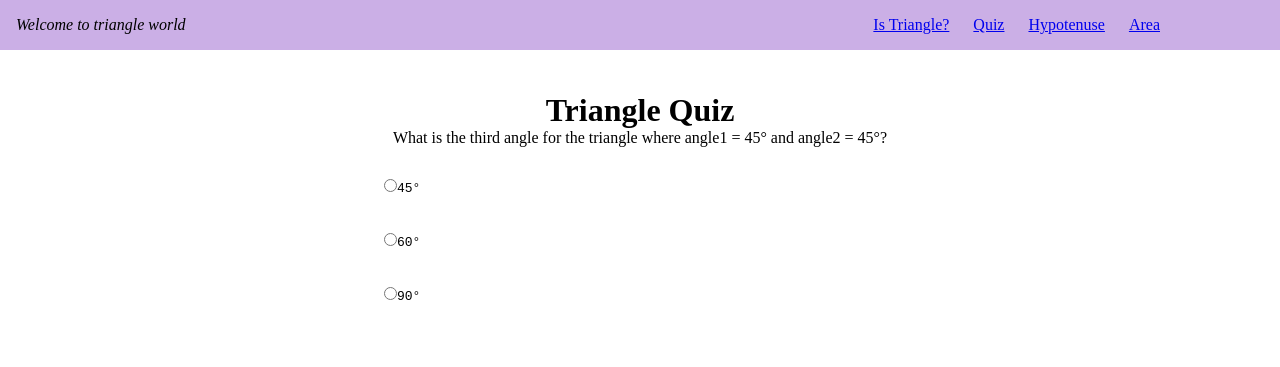
Repository: patelamancode/Fun-with-trianles
Page: quiz.html
These files come from the project's save history. The page is drawn as it stood at one moment and after the next save; the edit follows.
The browser window is 1280 px wide. The pictures show the whole page.

Above is the page before, as saved 2022-11-28 19:03:25.
Console error: TypeError: Cannot read properties of null (reading 'addEventListener')

After the next save:
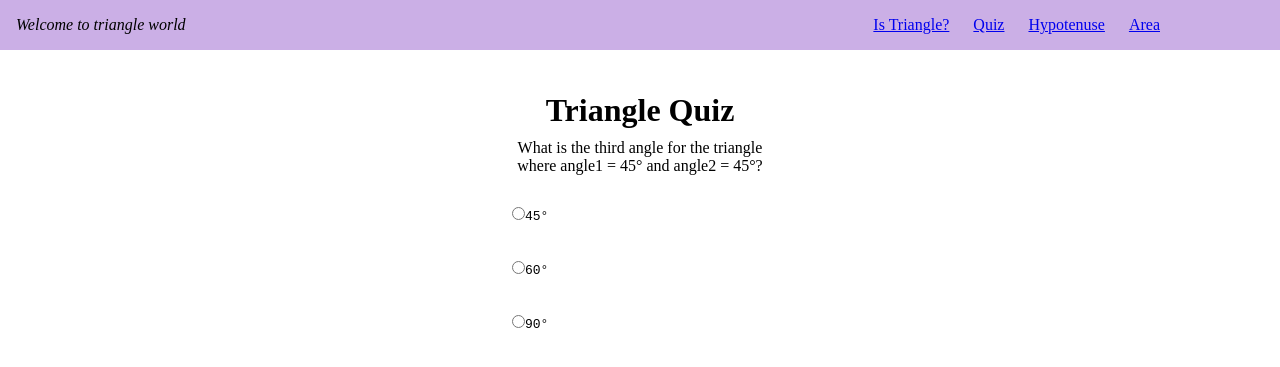
Saved 29 s later.
--- a/index.css
+++ b/index.css
@@ -65,8 +65,9 @@ input {
 .question-container{
   display: flex;
   flex-direction: column;
-  width: 40vw;
+  width: 20vw;
   margin: auto;
+  padding: 10px;
 
 }
 
